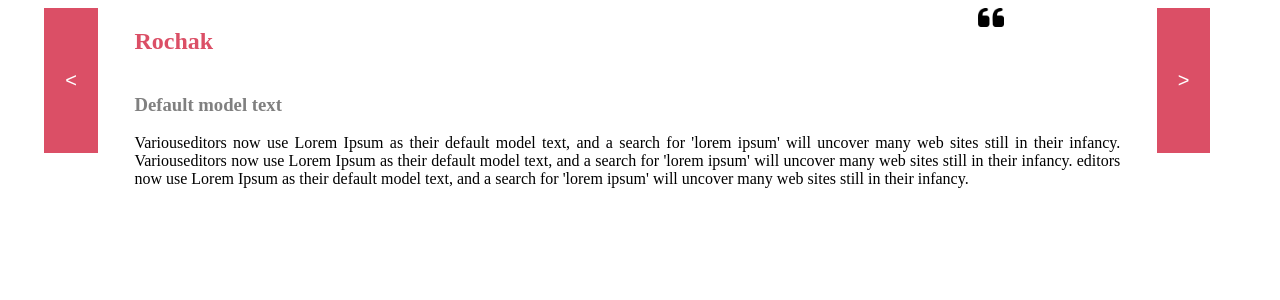
Repository: AVINKUMARP/gifts
Page: demo2.html
The author's editor kept a copy of each file at every save. The page is drawn from the files as they stood at one save, then again after the next save.
The browser window is 1280 px wide. The pictures show the whole page.

Above is the page before, as saved 2023-08-24 14:06:02.

After the next save:
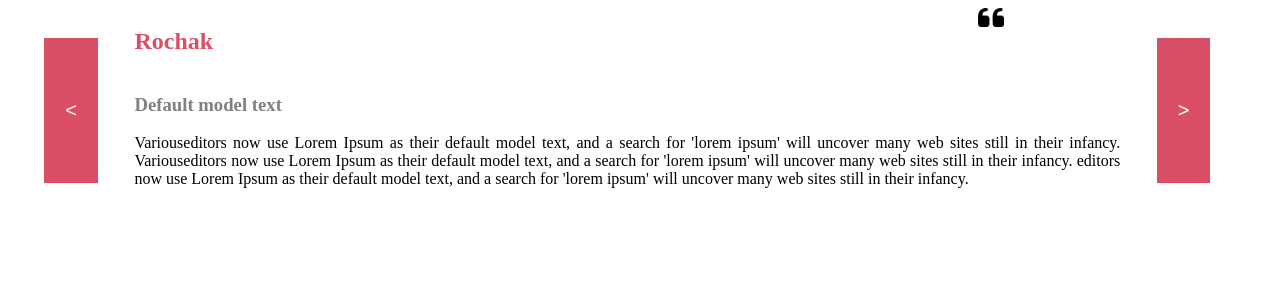
Saved 45 s later.
--- a/demo2.html
+++ b/demo2.html
@@ -31,6 +31,9 @@
             border:1px solid #db4f66;
             padding: 60px 20px;
             font-size: 20px;
+        }
+        .cbutl{
+            padding-top: 30px;
         }
         .csub h2{
             text-align: start;
